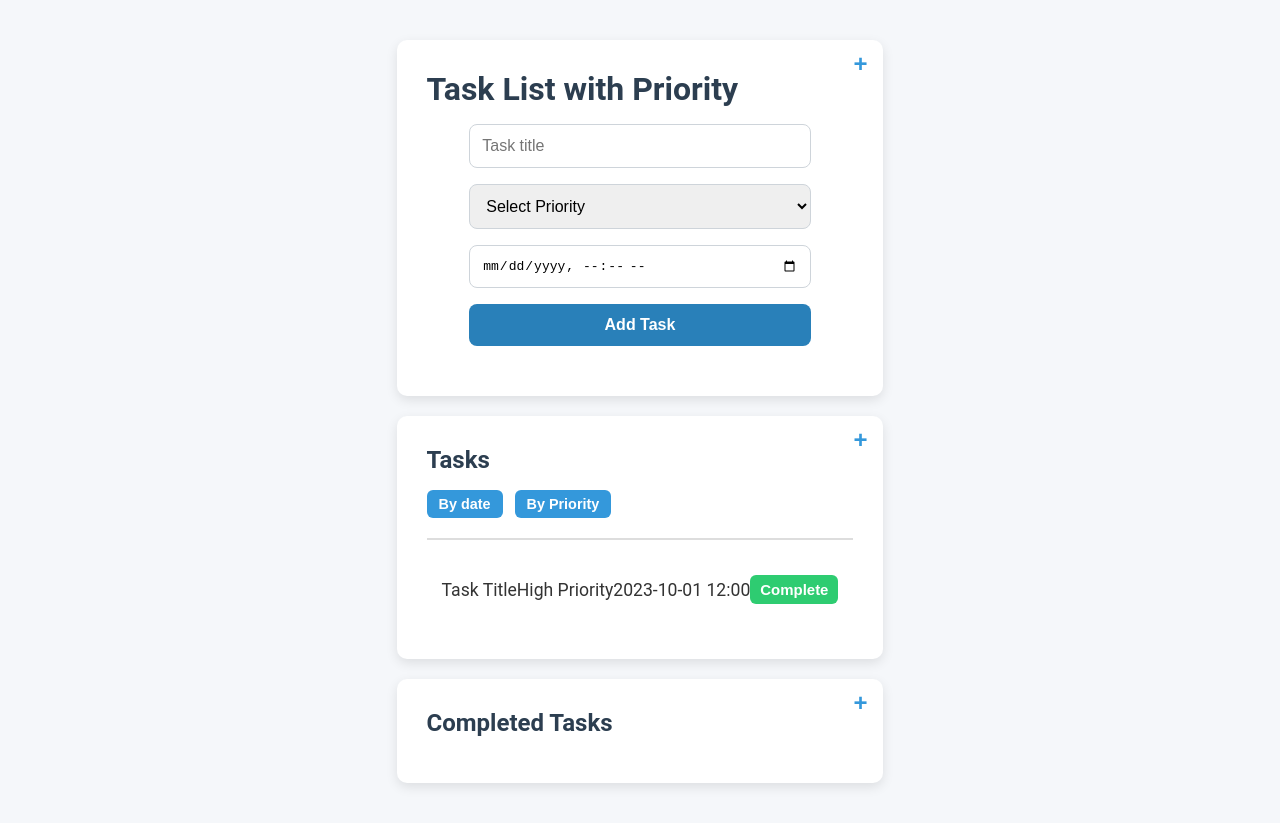
Repository: Lithium87/TaskList
Page: /
The author's editor kept a copy of each file at every save. The page is drawn from the files as they stood at one save, then again after the next save.
The browser window is 1280 px wide. The pictures show the whole page.
The project was rebuilt for these pictures with package versions that can differ from the ones it lists, and the page was loaded fresh each time. Also part of the build but not shown: vite.config.js.

Above is the page before, as saved 2025-07-08 16:29:32.

### src/index.css
/* General app styles */
* {
  box-sizing: border-box;
  margin: 0;
  padding: 0;
}

body {
  font-family: "Roboto", sans-serif;
  background-color: #f5f7fa;
  display: flex;
  justify-content: center;
  align-items: flex-start;
  min-height: 100vh;
  padding: 40px;
  color: #333;
}

.app {
  display: flex;
  flex-direction: column;
  gap: 20px;
  max-width: 500px;
  width: 100%;
}

/* Main container for current tasks and completed tasks */
.task-container,
.completed-task-container {
  position: relative;
  background-color: #ffffff;
  border-radius: 10px;
  box-shadow: 0 4px 12px rgba(0, 0, 0, 0.1);
  padding: 30px;
}

/* Headings */
h1,
h2 {
  color: #2c3e50;
  margin-bottom: 16px;
}

/* Completed Task toggle button */
.completed-header {
  display: flex;
  align-items: center;
  justify-content: space-between;
}

.toggle-button {
  background: none;
  border: none;
  cursor: pointer;
  font-size: 1.2em;
  color: #3498db;
  transition: transform 0.3s ease;
}

.toggle-button.open {
  transform: rotate(180deg);
}

/* Sort buttons container */
.sort-controls {
  display: flex;
  justify-content: start;
  align-items: center;
  gap: 12px;
  margin-bottom: 20px;
}

/* Close/open button for sections */
.close-button {
  background: none;
  border: none;
  font-size: 1.5em;
  font-weight: bold;
  color: #3498db;
  cursor: pointer;
  position: absolute;
  top: 10px;
  right: 16px;
  padding: 0;
  transition: color 0.3s, transform 0.3s ease;
}

.close-button.open {
  transform: rotate(135deg); /* Turns "×" into "+" */
  color: #2980b9;
}

.close-button:hover {
  color: #2980b9;
}

/* Sort buttons */
.sort-button {
  padding: 6px 12px;
  background-color: #3498db;
  border: none;
  color: white;
  font-size: 0.9em;
  font-weight: bold;
  border-radius: 6px;
  cursor: pointer;
  transition: background-color 0.3s;
}

.sort-button.active {
  background-color: #2980b9;
  font-weight: bold;
}

.sort-button:hover {
  background-color: #2980b9;
}

/* Task form styles */
.task-form {
  display: flex;
  flex-direction: column;
  align-items: center;
  margin-bottom: 20px;
  animation: fade-in 0.5s ease-in-out;
}

.task-form input[type="text"],
.task-form select,
.task-form input[type="datetime-local"] {
  margin: 0 0 16px 0;
  padding: 12px;
  border-radius: 8px;
  border: 1px solid #ced4da;
  width: 80%;
  font-size: 1em;
  transition: border 0.3s;
}

.task-form input:focus,
.task-form select:focus,
.task-form input[type="datetime-local"]:focus {
  outline: none;
  border-color: #3498db;
}

.task-form button {
  padding: 12px 24px;
  border: none;
  background-color: #2980b9;
  color: white;
  font-size: 1em;
  font-weight: bold;
  border-radius: 8px;
  cursor: pointer;
  transition: background-color 0.3s, transform 0.2s;
  width: 80%;
}

.task-form button:hover {
  background-color: #2980b9;
  transform: translateY(-2px);
}

/* Task list styles */
.task-list,
.completed-task-list {
  list-style-type: none;
  padding: 0;
  width: 100%;
}

/* Task item styles */
.task-item {
  padding: 15px;
  border-radius: 8px;
  display: flex;
  justify-content: space-between;
  align-items: center;
  margin: 10px 0;
  font-size: 1.1em;
  transition: transform 0.2s, opacity 0.3s;
  animation: fade-in 0.5s ease-in-out;
}

.task-item.high {
  background-color: #f8d7da;
  color: #721c24;
  border-left: 6px solid #f5c6cb;
}

.task-item.medium {
  background-color: #fff3cd;
  color: #856404;
  border-left: 6px solid #ffeeba;
}

.task-item.low {
  background-color: #d4edda;
  color: #155724;
  border-left: 6px solid #c3e6cb;
}

.task-item:hover {
  transform: scale(1.02);
}

.task-info {
  flex: 1;
  text-align: left;
}

/* Date text style */
.task-deadline {
  font-size: 0.85em;
  color: #666;
  margin-top: 5px;
}

/* Buttons container for vertical alignment */
.task-buttons {
  display: flex;
  flex-direction: column;
  gap: 6px;
}

/* Complete button */
.complete-button {
  padding: 6px 10px;
  background-color: #2ecc71;
  border: none;
  color: white;
  border-radius: 6px;
  font-size: 0.85em;
  font-weight: bold;
  cursor: pointer;
  transition: background-color 0.3s, transform 0.2s;
}

.complete-button:hover {
  background-color: #27ae60;
  transform: translateY(-2px);
}

/* Delete button */
.delete-button {
  padding: 6px 10px;
  background-color: #e74c3c;
  border: none;
  color: white;
  border-radius: 6px;
  font-size: 0.85em;
  font-weight: bold;
  cursor: pointer;
  transition: background-color 0.3s, transform 0.2s;
}

.delete-button:hover {
  background-color: #c0392b;
  transform: translateY(-2px);
}

/* Completed task item */
.task-item.completed {
  background-color: #e0f7df;
  color: #155724;
  border-left: 6px solid #a5d6a7;
  opacity: 0.9;
}

/* Animation for completed tasks */
.completed-task-list .task-item {
  animation: fade-in 0.5s ease-in-out;
}

@keyframes fade-in {
  from {
    opacity: 0;
    transform: translateY(-10px);
  }
  to {
    opacity: 1;
    transform: translateY(0);
  }
}

/* Completed task list container with smooth slide-down effect */
.completed-task-list-container {
  overflow: hidden;
  max-height: 0;
  opacity: 0;
  transition: max-height 0.5s ease, opacity 0.5s ease;
}

.completed-task-list-container.open {
  max-height: 500px; /* Adjust as needed */
  opacity: 1;
}

/* Completed task list section */
.completed-task-list,
.task-list {
  margin-top: 20px;
  padding-top: 10px;
  border-top: 2px solid #ddd;
}

.footer {
  text-align: center;
  margin-top: 20px;
  padding: 10px;
  background-color: #f0f0f0;
  font-size: 0.9em;
}

### src/App.jsx
function App () {
  return (
    <div className="app">
      <div className="task-container">
        <h1>Task List with Priority</h1>
        <button className="close-button">+</button>
        <TaskForm />
      </div>

      <div className="task-container">
        <h2>Tasks</h2>
        <button className="close-button">+</button>
        <div className="sort-controls">
          <button className="sort-button">By date</button>
          <button className="sort-button">By Priority</button>
        </div>
        <TaskList />
      </div>

      <div className="completed-task-container">
        <h2>Completed Tasks</h2>
        <button className="close-button">+</button>
      </div>
    </div>
  );
}

const TaskForm = () => {
  return (
    <form className="task-form">
      <input type="text" value={''} placeholder="Task title" required />
      <select value={''} required>
        <option value="" disabled>Select Priority</option>
        <option value="low">Low Priority</option>
        <option value="medium">Medium Priority</option>
        <option value="high">High Priority</option>
      </select>
      <input type="datetime-local" value={''} required />
      <button type="submit">Add Task</button>
    </form>
  );
};

const TaskList = () => {
  return (
    <ul className="task-list">
      {/* Example task item */}
      <li className="task-item">
        <span>Task Title</span>
        <span className="priority">High Priority</span>
        <span className="due-date">2023-10-01 12:00</span>
        <button className="complete-button">Complete</button>
      </li>
    </ul>
  );
};

export default App;

Loaded but not shown: src/main.jsx (common file)

After the next save:
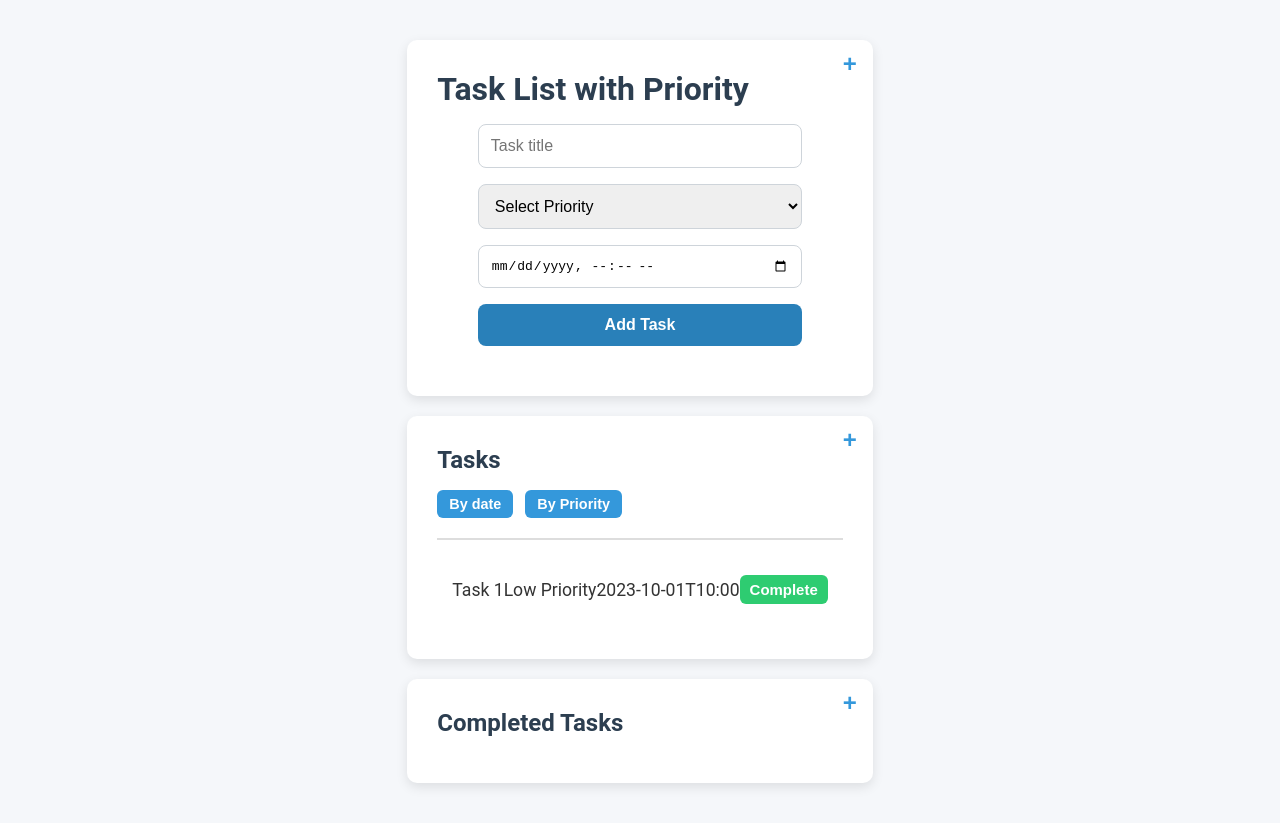
Saved 3 min 20 s later.
--- a/src/App.jsx
+++ b/src/App.jsx
@@ -1,3 +1,4 @@
+import {Task} from '../node_modules/rollup/dist/es/shared/watch';
 function App () {
   return (
     <div className="app">
@@ -44,15 +45,22 @@ const TaskForm = () => {
 const TaskList = () => {
   return (
     <ul className="task-list">
-      {/* Example task item */}
-      <li className="task-item">
-        <span>Task Title</span>
-        <span className="priority">High Priority</span>
-        <span className="due-date">2023-10-01 12:00</span>
-        <button className="complete-button">Complete</button>
-      </li>
+      <TaskItem title="Task 1" priority="low" dueDate="2023-10-01T10:00" />
     </ul>
   );
 };
 
+const TaskItem = ({title, priority, dueDate}) => {
+  return (
+    <li className="task-item">
+      <span>{title}</span>
+      <span className={`priority ${priority}`}>
+        {priority.charAt (0).toUpperCase () + priority.slice (1)} Priority
+      </span>
+      <span className="due-date">{dueDate}</span>
+      <button className="complete-button">Complete</button>
+    </li>
+  );
+};
+
 export default App;
